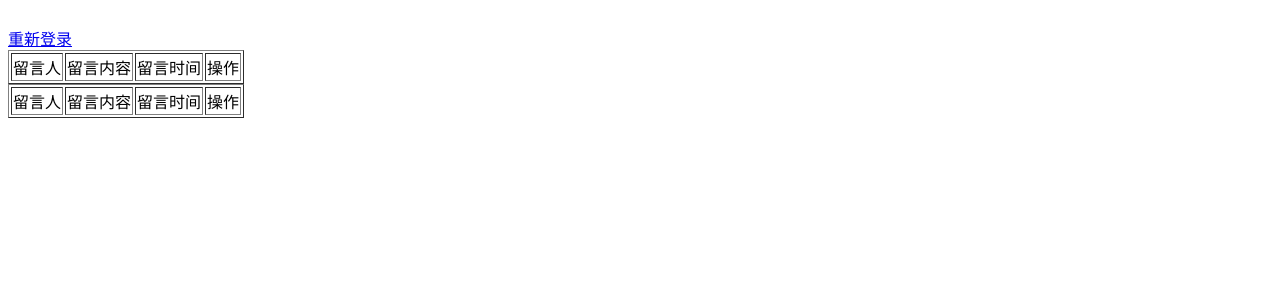
Repository: suxiaohutot/PHP
Page: http://localhost/liuyanlist.php
The author's editor kept a copy of each file at every save. The page is drawn from the files as they stood at one save, then again after the next save.
The browser window is 1280 px wide. The pictures show the whole page.
The page is run by PHP 8.4 with error messages shown; the project is at /var/www/html/. Queries for data that is not in the repository find no rows.

Above is the page before, as saved 2019-10-25 07:00:45.

### test/liuyanlist.php
<?php
include 'db.php';
$sqli="select * from liuyan";
dbcon();
$seti=mysqli_query($dbcon, $sqli);
?>
<table border="1">
		<tr>
			<td>留言人</td>
			<td>留言内容</td>
			<td>留言时间</td>
			<td>操作</td>
		</tr>
<!-- 		</table> -->

<?php
while ($reut=mysqli_fetch_assoc($seti)){
    $time=$reut['time'];
    $id=$reut['id'];
?>
<!-- <table border="1"  class="table table-bordered"> -->
<tbody>
		<tr>
    		<td><?php echo $reut["name"] ?></td>
    		<td><?php echo $reut['count'] ?></td>
    		<td><?php echo $reut['time'] ?></td>
    		<td>
        		<a href="delt.php?url=delt.php&id=<?php echo $id ?>">删除</a>
        		<a href="edit.php?id=<?php echo $id ?>">编辑</a>
        		<br/><br/>
            </td>
		</tr>
		</tbody>
	</table>

    <?php }


 echo "<br>"."<a href='dengluhtml.php'>重新登录</a>";
 ?>

 <table border="1">
		<tr>
			<td>留言人</td>
			<td>留言内容</td>
			<td>留言时间</td>
			<td>操作</td>
		</tr>
<?php
while($reut=mysqli_fetch_assoc($seti)){
    ?>
    	<tr>
    <?php foreach ($reut as $aa)
    {
        echo "<td>"."<td>";
    }
}
?>

### test/DB.php
<?php
$dbcon=null;
function dbcon(){
    global $dbcon;
    $dbcon=mysqli_connect('localhost','root','');
    mysqli_select_db($dbcon, 'test');
    mysqli_query($dbcon, "set names utf8");
}
function close(){
    global $dbcon;
    if($dbcon){
        mysqli_close($dbcon);
    }
}
?>

After the next save:
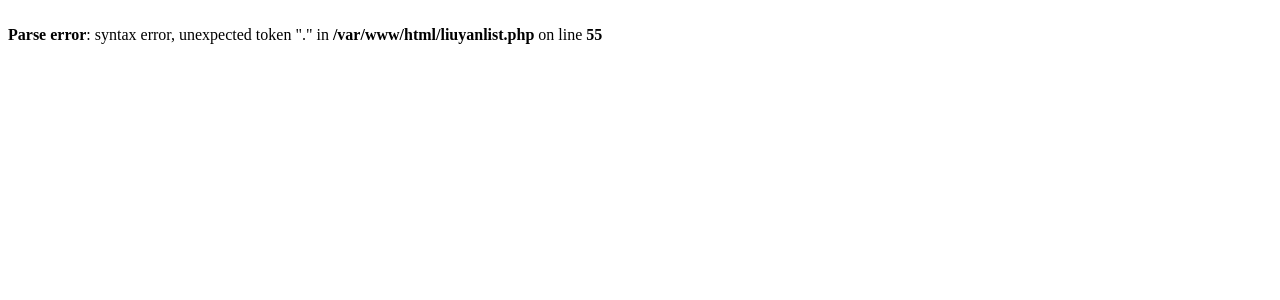
Saved 4 s later.
--- a/test/liuyanlist.php
+++ b/test/liuyanlist.php
@@ -52,7 +52,7 @@
     	<tr>
     <?php foreach ($reut as $aa)
     {
-        echo "<td>"."<td>";
+        echo "<td>".."<td>";
     }
 }
 ?>

After the save that followed:
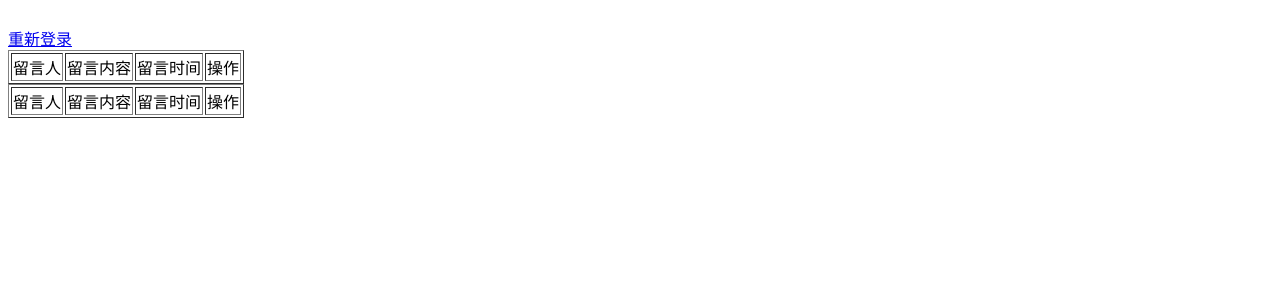
Saved 11 s later.
--- a/test/liuyanlist.php
+++ b/test/liuyanlist.php
@@ -52,7 +52,7 @@
     	<tr>
     <?php foreach ($reut as $aa)
     {
-        echo "<td>".."<td>";
+        echo "<td>".$v."<td>";
     }
 }
 ?>
